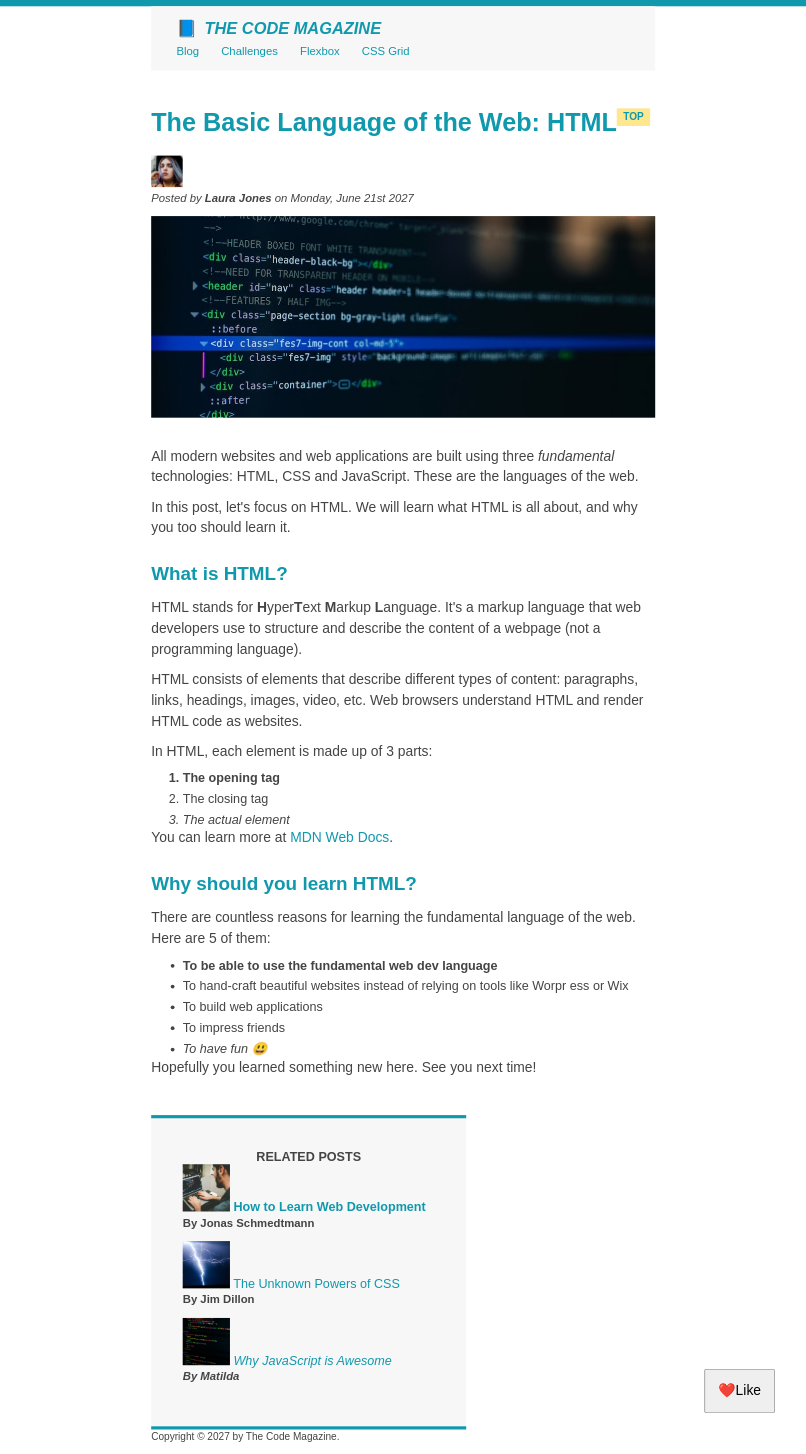
Repository: sunny070/CSS
Page: #1/index.html
An editor plug-in stored every save of this project. The page is shown before and after a run of saves, followed by the edit.
The browser window is 1280 px wide. The pictures show the whole page, at 63% of full size.

Above is the page before, as saved 2023-11-06 13:10:14.

After the next 4 saves:
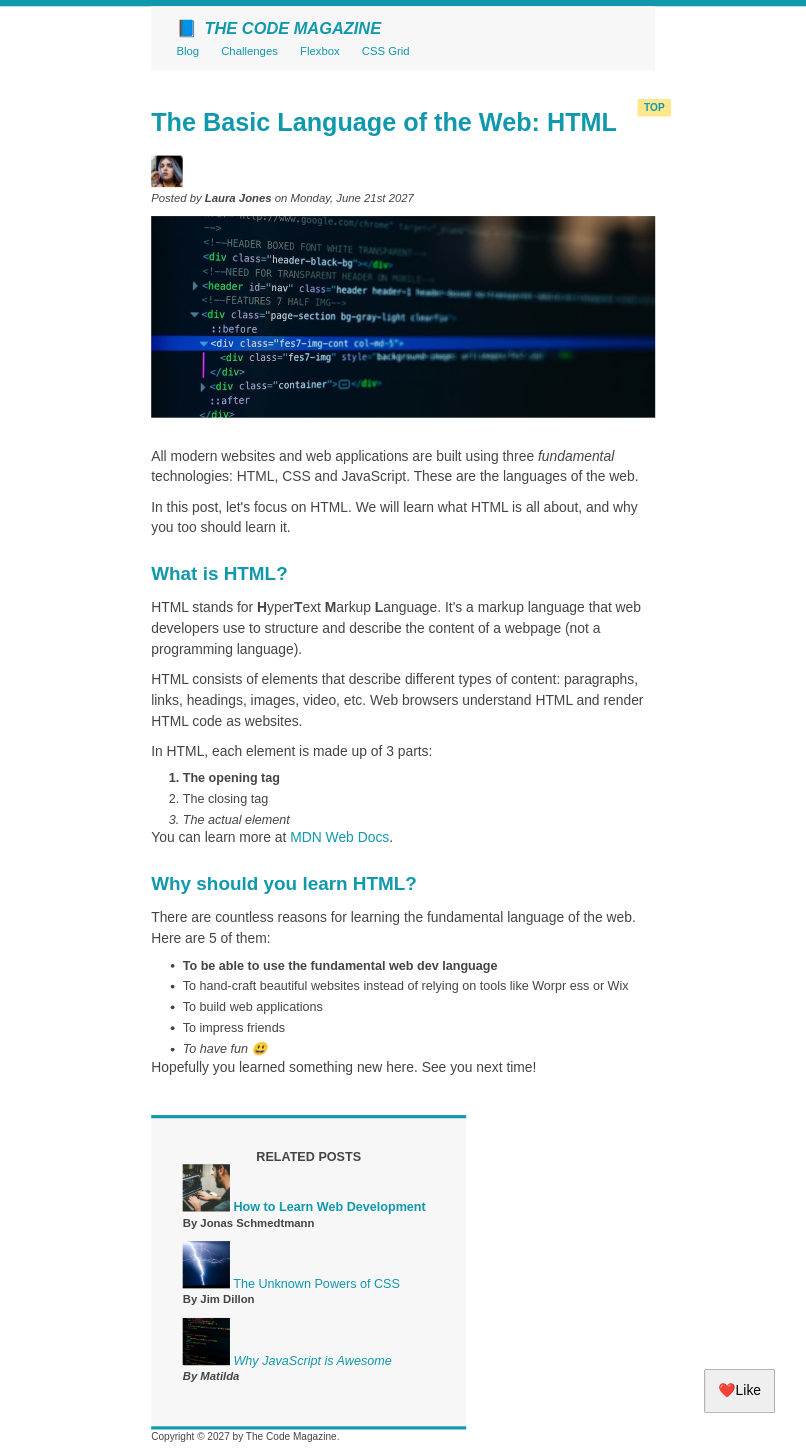
The 4 saves are shown as one change because they came seconds apart.
The last was saved 10 s later.
--- a/#1/style.css
+++ b/#1/style.css
@@ -83,8 +83,8 @@ h2::after{
     display: inline-block;
     padding:5px 10px;
     position:absolute;
-    top:-10;
-    right:-25;
+    top:-15px;
+    right:-25px;
 
 }
 h3{
